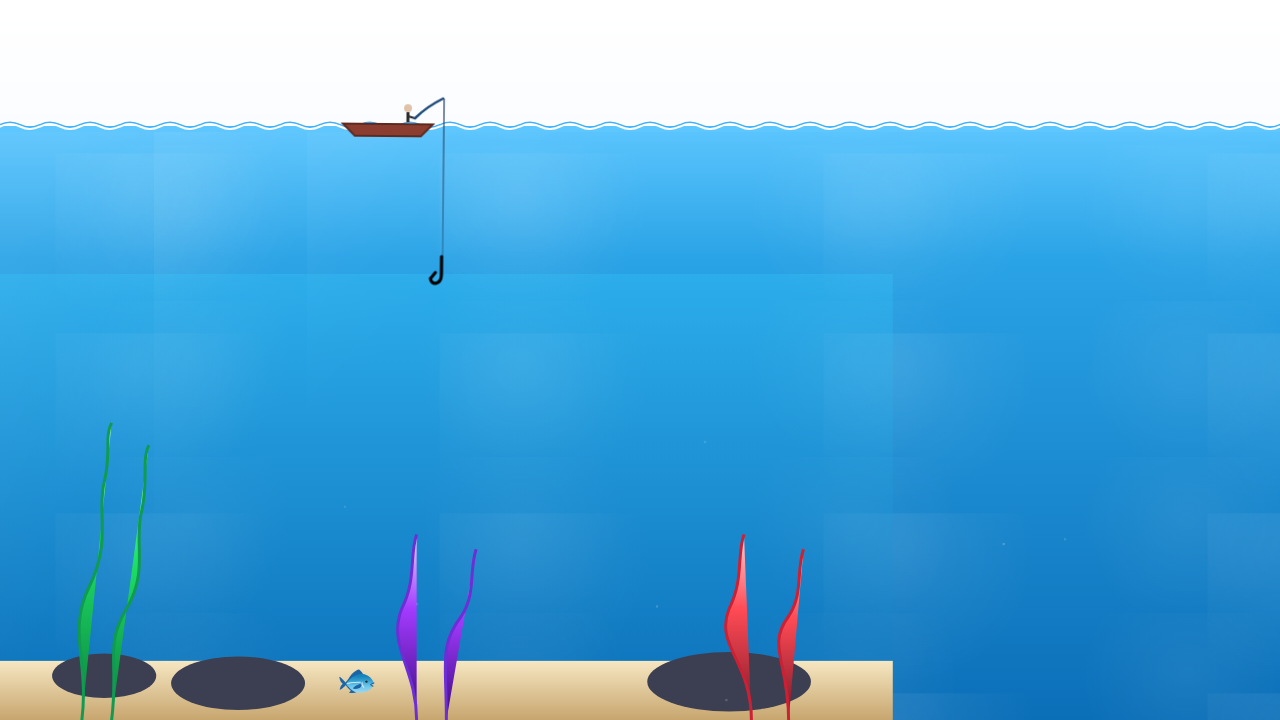
Repository: DeepFriedTurkey441/fd_game_project
Page: index.html
The author's editor kept a copy of each file at every save. The page is drawn from the files as they stood at one save, then again after the next save.
The browser window is 1280 px wide. The pictures show the whole page.

Above is the page before, as saved 2025-09-23 07:47:55.

### index.html
<!DOCTYPE html>
<html lang="en">
<head>
  <meta charset="UTF-8">
  <title>Fish Dodge</title>
  <link rel="stylesheet" href="style.css">
</head>
<body>
  <div id="game">
    <div id="air" aria-hidden="true"></div>
    <div id="waterline" aria-hidden="true"></div>
    <!-- Decorative background layers (non-interactive) -->
    <div id="light-rays" aria-hidden="true"></div>
    <div id="caustics" aria-hidden="true"></div>
    <!-- Realistic aquarium background (SVG) -->
    <svg id="aquarium-bg" viewBox="0 0 1200 600" preserveAspectRatio="none" aria-hidden="true">
      <defs>
        <linearGradient id="plantGrad1" x1="0" y1="1" x2="0" y2="0">
          <stop offset="0%" stop-color="#0b6fb8"/>
          <stop offset="100%" stop-color="#35d0ff"/>
        </linearGradient>
        <linearGradient id="leafGreen" x1="0" y1="1" x2="0" y2="0">
          <stop offset="0%" stop-color="#0a7f3b"/>
          <stop offset="60%" stop-color="#1fe36a"/>
          <stop offset="100%" stop-color="#b4ffca"/>
        </linearGradient>
        <linearGradient id="leafRed" x1="0" y1="1" x2="0" y2="0">
          <stop offset="0%" stop-color="#7a1626"/>
          <stop offset="60%" stop-color="#ff4b55"/>
          <stop offset="100%" stop-color="#ffd0d4"/>
        </linearGradient>
        <linearGradient id="leafPurple" x1="0" y1="1" x2="0" y2="0">
          <stop offset="0%" stop-color="#3b0a7f"/>
          <stop offset="60%" stop-color="#a33bff"/>
          <stop offset="100%" stop-color="#edd4ff"/>
        </linearGradient>
        <linearGradient id="sandGrad" x1="0" y1="0" x2="0" y2="1">
          <stop offset="0%" stop-color="#f6e7c2"/>
          <stop offset="100%" stop-color="#c7a56e"/>
        </linearGradient>
      </defs>
      <!-- subtle background vignette -->
      <rect x="0" y="0" width="1200" height="600" fill="url(#plantGrad1)" opacity="0.25"/>
      <!-- substrate -->
      <rect x="0" y="520" width="1200" height="80" fill="url(#sandGrad)"/>
      <!-- rocks -->
      <g fill="#3c3f52">
        <ellipse cx="140" cy="540" rx="70" ry="30"/>
        <ellipse cx="320" cy="550" rx="90" ry="36"/>
        <ellipse cx="980" cy="548" rx="110" ry="40"/>
      </g>
      <!-- tall plants left -->
      <g fill="url(#leafGreen)">
        <path d="M110 600 C120 520, 90 480, 120 420 C150 360,130 320,140 280 C150 240,140 220,150 200" stroke="#0f9b50" stroke-width="4"/>
        <path d="M150 600 C160 520, 140 500, 170 450 C200 400,180 360,190 320 C200 280,190 250,200 230" stroke="#0f9b50" stroke-width="4"/>
      </g>
      <!-- mid plants center -->
      <g fill="url(#leafPurple)">
        <path d="M560 600 C560 530, 520 500, 540 450 C560 410,550 380,560 350" stroke="#6e2ed6" stroke-width="4"/>
        <path d="M600 600 C600 520, 590 500, 620 460 C640 430,630 400,640 370" stroke="#6e2ed6" stroke-width="4"/>
      </g>
      <!-- red plants right -->
      <g fill="url(#leafRed)">
        <path d="M1010 600 C1010 520, 960 500, 980 450 C1000 410,990 380,1000 350" stroke="#cc2034" stroke-width="4"/>
        <path d="M1060 600 C1060 520, 1030 500, 1060 460 C1080 430,1070 400,1080 370" stroke="#cc2034" stroke-width="4"/>
      </g>
    </svg>
    <div class="boat" aria-label="small fishing boat" title="Fishing boat" style="left: 26vw;">
      <svg viewBox="0 0 120 60" xmlns="http://www.w3.org/2000/svg" aria-hidden="true">
        <!-- hull -->
        <path d="M10 40 L100 40 L88 52 L22 52 Z" fill="#8b3e2f" stroke="#5e291f" stroke-width="2"/>
        <!-- fisherman (simple) -->
        <circle cx="75" cy="24" r="4" fill="#e0c2a8"/>
        <path id="arm" d="M75 28 L75 38" stroke="#2b2b2b" stroke-width="3"/>
        <path id="rod" d="M75 32 L82 34" stroke="#2b2b2b" stroke-width="2"/>
        <!-- fishing rod (angled out over water) -->
        <path d="M82 34 Q 94 22 110 14" stroke="#1f4b7a" stroke-width="2.5" fill="none" stroke-linecap="round"/>
      </svg>
      <div class="line" aria-hidden="true"></div>
      <svg class="hook" aria-hidden="true" viewBox="0 0 24 36">
        <!-- J‑shaped hook: black stroke, no fill -->
        <path d="M16 2 V20 C16 30 6 32 5 24" fill="none" stroke="#000" stroke-width="3.2" stroke-linecap="round"/>
        <!-- Barb -->
        <path d="M6 23 L10 18" fill="none" stroke="#000" stroke-width="3" stroke-linecap="round"/>
      </svg>
    </div>
    <div id="fish" aria-label="fish"><span class="sprite" aria-hidden="true">🐟</span></div>
    <!-- Soft ambient bubbles -->
    <div id="bubbles" aria-hidden="true"></div>
  </div>
  <script src="script.js"></script>
</body>
</html>

### style.css
/* Basic starter styling */
body {
    margin: 0;
    font-family: sans-serif;
    background-color: #0a3454;
    color: #fff;
  }

#game {
    position: relative;
    width: 100vw;
    height: 100vh;
    overflow: hidden;
    background: linear-gradient(#f9fbff 0%, #eaf3ff 16.66%, #5ec7ff 16.66%, #2aa3e6 36%, #0b6fb8 100%);
  }

/* Air overlay (top 1/6) to ensure a whitish sky */
#air {
    position: absolute;
    left: 0; right: 0;
    top: 0;
    /* Extend slightly past the waterline so crests have white behind them */
    height: calc(100vh / 6 + 12px);
    background: linear-gradient(to bottom, rgba(255,255,255,0.98), rgba(255,255,255,0.75));
    z-index: 1;
    pointer-events: none;
  }

/* Waterline at 1/6 of the viewport height from the top */
#waterline {
    position: absolute;
    left: 0; right: 0;
    top: calc(100vh / 6);
    height: 12px;
    z-index: 2;
    pointer-events: none;
    /* Squiggly wave on top of a 2-color band: white above, light blue below */
    background:
      url("data:[embedded picture, 376 characters]") repeat-x center,
      linear-gradient(to bottom, rgba(255,255,255,0.98) 0%, rgba(255,255,255,0.98) 50%, rgba(94,199,255,1) 50%, rgba(94,199,255,1) 100%);
    background-size: 80px 12px, 100% 100%;
  }

/* Boat at surface */
  .boat {
    position: absolute;
    top: calc(100vh / 6 - 34px); /* float a bit higher above ripple */
    width: 120px; height: 60px;
    transform-origin: 50% 50%;
    animation: bob 3.2s ease-in-out infinite;
    z-index: 6; /* above reefs; fish swims under */
    pointer-events: none;
  }
  .boat svg { width: 100%; height: 100%; display: block; }
  /* (reverted) */

/* Realistic aquarium background container */
#aquarium-bg { position:absolute; left:0; right:0; bottom:0; height: 62vh; z-index:1; pointer-events:none; }

/* God-rays */
#light-rays { position: absolute; left:0; right:0; top: calc(100vh/6); bottom:0; pointer-events:none; z-index:1;
  background:
    linear-gradient(115deg, rgba(255,255,255,0.12) 10%, rgba(255,255,255,0.0) 35%) 0 0/40% 100% no-repeat,
    linear-gradient(125deg, rgba(255,255,255,0.10) 8%, rgba(255,255,255,0.0) 32%) 20% 0/40% 100% no-repeat,
    linear-gradient(135deg, rgba(255,255,255,0.08) 6%, rgba(255,255,255,0.0) 28%) 40% 0/40% 100% no-repeat;
  mix-blend-mode: screen;
  opacity: 0.5;
}

/* Caustic shimmer */
#caustics { position:absolute; left:0; right:0; top: calc(100vh/6); bottom:0; pointer-events:none; z-index:1;
  background: radial-gradient(circle at 20% 20%, rgba(255,255,255,0.08) 0%, rgba(255,255,255,0) 40%) 0 0/30% 30% repeat,
              radial-gradient(circle at 70% 40%, rgba(255,255,255,0.06) 0%, rgba(255,255,255,0) 42%) 0 0/26% 26% repeat;
  animation: causticDrift 18s linear infinite;
}
@keyframes causticDrift {
  0% { background-position: 0 0, 0 0; }
  100% { background-position: 200px 120px, -160px 90px; }
}

/* Seafloor gradient to deepen bottom */
#seafloor { position:absolute; left:0; right:0; bottom:0; height: 16vh; pointer-events:none; z-index:1;
  background: linear-gradient(to bottom, rgba(0,0,0,0) 0%, rgba(0,0,0,0.25) 100%);
}
  .boat .line {
    position: absolute;
    left: 110px; /* exact rod tip in SVG coords */
    top: 14px;
    width: 2px;
    height: calc(100vh - (100vh / 6)); /* down to bottom */
    background: linear-gradient(to bottom, rgba(30,60,100,0.6), rgba(30,60,100,0.3));
    transform-origin: top;
    z-index: 4; /* between reefs and fish */
  }
  .boat .hook {
    position: absolute;
    left: 100px; /* adjusted for SVG viewBox */
    top: 14px;
    width: 24px; height: 36px;
    z-index: 5;
    display: block;
  }
  .boat .hook path { vector-effect: non-scaling-stroke; }

@keyframes bob {
  0%   { transform: translateY(0) rotate(-0.6deg); }
  50%  { transform: translateY(-2px) rotate(0.6deg); }
  100% { transform: translateY(0) rotate(-0.6deg); }
}

#fish {
    position: absolute;
    left: 24px;
    top: 50vh;
    transform: translateY(-50%);
    font-size: 32px;
    line-height: 1;
    user-select: none;
    z-index: 5;
  }
/* Ambient bubbles */
#bubbles { position:absolute; left:0; right:0; top: calc(100vh/6); bottom:0; pointer-events:none; z-index:2; }
#bubbles::before, #bubbles::after { content:""; position:absolute; left:10%; bottom:6vh; width:2px; height:2px; background:transparent;
  box-shadow:  0 0 0 0 rgba(255,255,255,0.7),
               40vw 10vh 0 0 rgba(255,255,255,0.6),
               20vw 30vh 0 0 rgba(255,255,255,0.5),
               65vw 22vh 0 0 rgba(255,255,255,0.6),
               80vw 12vh 0 0 rgba(255,255,255,0.5),
               15vw 18vh 0 0 rgba(255,255,255,0.5);
  animation: bubbleUp 8s linear infinite;
}
#bubbles::after { left:35%; animation-duration: 12s; opacity:0.8; }
@keyframes bubbleUp {
  0% { transform: translateY(0) scale(1); opacity: 0.0; }
  10% { opacity: 0.6; }
  100% { transform: translateY(-70vh) scale(1.2); opacity: 0; }
}
  #fish .sprite { display: inline-block; font-size: 32px; width: 1em; height: 1em; }
  /* Emoji orientation mappings */
  /* Most platforms render 🐟 facing left by default (head on left). */
  #fish .face-left { transform: scaleX(1); }
  #fish .face-right { transform: scaleX(-1); }

### script.js
// Fish movement prototype: slow downward drift, space = up/forward, 3 speeds (←/→)
(function () {
  const fish = document.getElementById('fish');
  const sprite = fish ? fish.querySelector('.sprite') : null;
  const boat = document.querySelector('.boat');
  const lineEl = boat ? boat.querySelector('.line') : null;
  const hookEl = boat ? boat.querySelector('.hook') : null;
  // (reverted) no rod group rotation
  const armPath = boat ? boat.querySelector('#arm') : null;
  const rodPath = boat ? boat.querySelector('#rod') : null;
  if (!fish) return;

  // Ensure fish faces right
  // using CSS flip on child span; no need to set text here

  const BASE_SPEEDS = [1, 3, 6];
  let speedIndex = 0;
  let dir = 1; // 1 = left→right, -1 = right→left
  let speed = BASE_SPEEDS[speedIndex]; // signed pixels/frame after scaling

  let x = 24;
  let y = window.innerHeight * 0.5;
  let vy = 0;
  let spacePressed = false;
  let paused = false;
  function getFishHalfHeight() {
    try {
      const rect = (sprite || fish).getBoundingClientRect();
      return Math.max(8, (rect.height || 32) / 2);
    } catch (_) {
      return 16; // fallback for early frames
    }
  }

  // Tunables
  function scale() { return Math.max(0.8, Math.min(2.0, window.innerWidth / 1200)); }
  function gravity() { return 0.12 * scale(); } // slow drift downward
  function maxFall() { return 3.0 * scale(); }
  function maxRise() { return -4.0 * scale(); }

  function wrapX(nx) {
    const w = window.innerWidth;
    if (nx > w) return nx - w;
    if (nx < 0) return nx + w;
    return nx;
  }

  function updateSpeed() {
    speed = dir * (BASE_SPEEDS[speedIndex] * scale());
    // Update facing based on direction
    if (sprite) {
      if (dir === 1) {
        sprite.classList.remove('face-left');
        sprite.classList.add('face-right');
      } else {
        sprite.classList.remove('face-right');
        sprite.classList.add('face-left');
      }
    }
  }

  function loop() {
    if (paused) { requestAnimationFrame(loop); return; }
    // Horizontal progress
    x = wrapX(x + speed);

    // Vertical physics
    if (spacePressed) {
      vy = Math.max(maxRise(), vy - 0.45 * scale());
    } else {
      vy = Math.min(maxFall(), vy + gravity());
    }
    // Compute waterline as top at 1/6 viewport height
    const waterlineY = window.innerHeight / 6;
    // Keep the fish's center at least one pixel below the waterline + half its height
    const halfH = getFishHalfHeight();
    const topClamp = Math.max(0, waterlineY + halfH + 1);
    const bottomClamp = window.innerHeight - 40;
    y = Math.max(topClamp, Math.min(bottomClamp, y + vy));

    // Render
    fish.style.left = x + 'px';
    fish.style.top = y + 'px';

    // Simple jig animation for hook: hold near bottom, then hop upward irregularly
    animateHook();

    requestAnimationFrame(loop);
  }

  // --- Fishing line + hook motion ---
  let hookState = { phase: 'drop', targetY: 0, lastChange: 0 };
  // (reverted) no cast state
  const FEATURES = {
    casting: (new URL(location.href).searchParams.get('cast') === '1') ||
             (localStorage.getItem('fd_casting') === '1')
  };
  document.addEventListener('keydown', e => {
    if (e.key === 'C') {
      FEATURES.casting = !FEATURES.casting;
      localStorage.setItem('fd_casting', FEATURES.casting ? '1' : '0');
      location.reload();
    }
  });

  // Dynamic grouping for casting when flag is ON
  let rodGroup = null;
  if (boat && FEATURES.casting && armPath && rodPath) {
    try {
      const svg = boat.querySelector('svg');
      rodGroup = document.createElementNS('http://www.w3.org/2000/svg', 'g');
      rodGroup.setAttribute('id', 'rodGroup');
      rodGroup.appendChild(armPath);
      rodGroup.appendChild(rodPath);
      svg.insertBefore(rodGroup, svg.firstChild.nextSibling);
      rodGroup.style.transformOrigin = '75px 32px';
    } catch (_) { rodGroup = null; }
  }
  function animateHook() {
    if (!lineEl || !hookEl) return;
    const now = performance.now();
    const waterTop = window.innerHeight / 6;
    const bottom = window.innerHeight - 4;
    // Anchor positions at rod tip in page coords
    const boatRect = boat.getBoundingClientRect();
    const rodTip = { x: boatRect.left + 110, y: boatRect.top + 14 };
    // Hook SVG geometry (viewBox 0 0 24 36): eye at roughly (16, 2)
    const HOOK_EYE_X = 16; // px within SVG
    const HOOK_EYE_Y = 2;  // px within SVG
    if (hookState.phase === 'drop') {
      // Ensure line spans to bottom and hook sits near bottom
      lineEl.style.height = (bottom - rodTip.y) + 'px';
      // Position hook so its eye aligns with the line X and starts at bottom
      hookEl.style.left = (rodTip.x - boatRect.left - HOOK_EYE_X) + 'px';
      hookEl.style.top = (rodTip.y - boatRect.top + (bottom - rodTip.y) - (HOOK_EYE_Y + 2)) + 'px';
      hookState.phase = 'jig';
      hookState.lastChange = now;
      hookState.targetY = bottom - 30;
      // Trigger a one-time cast animation when flag is ON
      if (FEATURES.casting) startCast(now);
      return;
    }
    // Jigging: random small upward hops, then fall back
    const hookRect = hookEl.getBoundingClientRect();
    const hookY = hookRect.top + hookRect.height / 2;
    if (now - hookState.lastChange > 600 + Math.random() * 600) {
      hookState.targetY = Math.max(waterTop + 60, hookY - (30 + Math.random() * 60));
      hookState.lastChange = now;
    }
    // Move toward targetY smoothly
    const dy = (hookState.targetY - hookY) * 0.14;
    const newTop = hookY + dy;
    const maxTop = bottom - 12;
    const clampedTop = Math.min(maxTop, Math.max(waterTop + 40, newTop));
    // Position hook (absolute within boat) using page→boat coordinates
    const newHookTop = clampedTop - hookRect.height / 2;
    // Keep hook horizontally anchored so the eye stays on the line
    hookEl.style.left = (rodTip.x - boatRect.left - HOOK_EYE_X) + 'px';
    hookEl.style.top = (newHookTop - boatRect.top) + 'px';

    // Reel-in effect: simply shorten the line element height to the hook
    const hookEyePageY = (newHookTop + HOOK_EYE_Y); // page Y for hook eye
    const visibleHeight = Math.max(0, hookEyePageY - rodTip.y);
    lineEl.style.height = visibleHeight + 'px';

    if (FEATURES.casting) stepCast(now);
  }
  // --- Casting (guarded by feature flag) ---
  let hasCastOnce = false;
  let castPhase = 'idle';
  let castStartAt = 0;
  function getBoatSectionIndex() {
    const sections = 10;
    const boatRect = boat.getBoundingClientRect();
    const centerX = boatRect.left + boatRect.width / 2;
    const w = window.innerWidth;
    return Math.min(sections - 1, Math.max(0, Math.floor((centerX / w) * sections)));
  }
  function startCast(now) {
    if (hasCastOnce || !rodGroup) return;
    const section = getBoatSectionIndex();
    if (section >= 8) return;
    hasCastOnce = true;
    castPhase = 'windup';
    castStartAt = now;
  }
  function stepCast(now) {
    if (castPhase === 'idle' || !rodGroup) return;
    const t = now - castStartAt;
    if (castPhase === 'windup') {
      const dur = 380, k = Math.min(1, t / dur);
      const angle = -35 * (1 - Math.pow(1 - k, 3));
      rodGroup.style.transform = `rotate(${angle}deg)`;
      if (k >= 1) { castPhase = 'forward'; castStartAt = now; }
    } else if (castPhase === 'forward') {
      const dur = 240, k = Math.min(1, t / dur);
      const angle = (-35) + 50 * (1 - Math.pow(1 - k, 3));
      rodGroup.style.transform = `rotate(${angle}deg)`;
      const section = getBoatSectionIndex();
      const w = window.innerWidth, sectionW = w / 10;
      const targetX = Math.min((section + 2 + 0.5) * sectionW, w - 20);
      const boatRect = boat.getBoundingClientRect();
      const curr = hookEl.getBoundingClientRect();
      const nx = (curr.left + (targetX - curr.left) * (1 - Math.pow(1 - k, 3))) - boatRect.left - 16;
      hookEl.style.left = `${nx}px`;
      if (k >= 1) { castPhase = 'settle'; castStartAt = now; }
    } else if (castPhase === 'settle') {
      const dur = 280, k = Math.min(1, t / dur);
      const angle = 15 - 15 * (1 - Math.pow(1 - k, 3));
      rodGroup.style.transform = `rotate(${angle}deg)`;
      if (k >= 1) { castPhase = 'idle'; rodGroup.style.transform = 'rotate(0deg)'; }
    }
  }

  document.addEventListener('keydown', (e) => {
    switch (e.key) {
      case ' ': // surge
        if (!spacePressed) {
          spacePressed = true;
          vy = Math.max(maxRise(), vy - 2.2 * scale());
          fish.style.transform = 'translateY(-50%) scale(1.04) rotate(-3deg)';
        }
        break;
      case 'p':
        paused = !paused;
        break;
      case 'ArrowRight':
        if (dir === 1) {
          // Already moving right: speed up until max
          speedIndex = Math.min(BASE_SPEEDS.length - 1, speedIndex + 1);
        } else {
          // Moving left: step down speed; if already at slowest, flip to right slow
          if (speedIndex > 0) {
            speedIndex -= 1;
          } else {
            dir = 1; // flip direction
            speedIndex = 0; // start at slowest in new direction
          }
        }
        updateSpeed();
        break;
      case 'ArrowLeft':
        if (dir === -1) {
          // Already moving left: speed up until max
          speedIndex = Math.min(BASE_SPEEDS.length - 1, speedIndex + 1);
        } else {
          // Moving right: step down speed; if already at slowest, flip to left slow
          if (speedIndex > 0) {
            speedIndex -= 1;
          } else {
            dir = -1; // flip direction
            speedIndex = 0; // start at slowest in new direction
          }
        }
        updateSpeed();
        break;
    }
  });
  document.addEventListener('keyup', (e) => {
    if (e.key === ' ') {
      spacePressed = false;
      fish.style.transform = 'translateY(-50%)';
    }
  });

  window.addEventListener('resize', () => {
    x = Math.min(x, window.innerWidth - 40);
    // Re-apply clamp relative to new waterline and fish size
    const waterlineY = window.innerHeight / 6;
    const halfH = getFishHalfHeight();
    const topClamp = Math.max(0, waterlineY + halfH + 1);
    const bottomClamp = window.innerHeight - 40;
    y = Math.max(topClamp, Math.min(bottomClamp, y));
    updateSpeed();
    // Recompute line length on resize
    if (lineEl && boat) {
      const bottom = window.innerHeight - 4;
      const boatRect = boat.getBoundingClientRect();
      const rodTipY = boatRect.top + 14;
      lineEl.style.height = (bottom - rodTipY) + 'px';
    }
  });

  // Init
  updateSpeed();
  // Ensure initial facing matches starting direction (right)
  if (sprite) { sprite.classList.add('face-right'); }
  loop();
})();

After the next save:
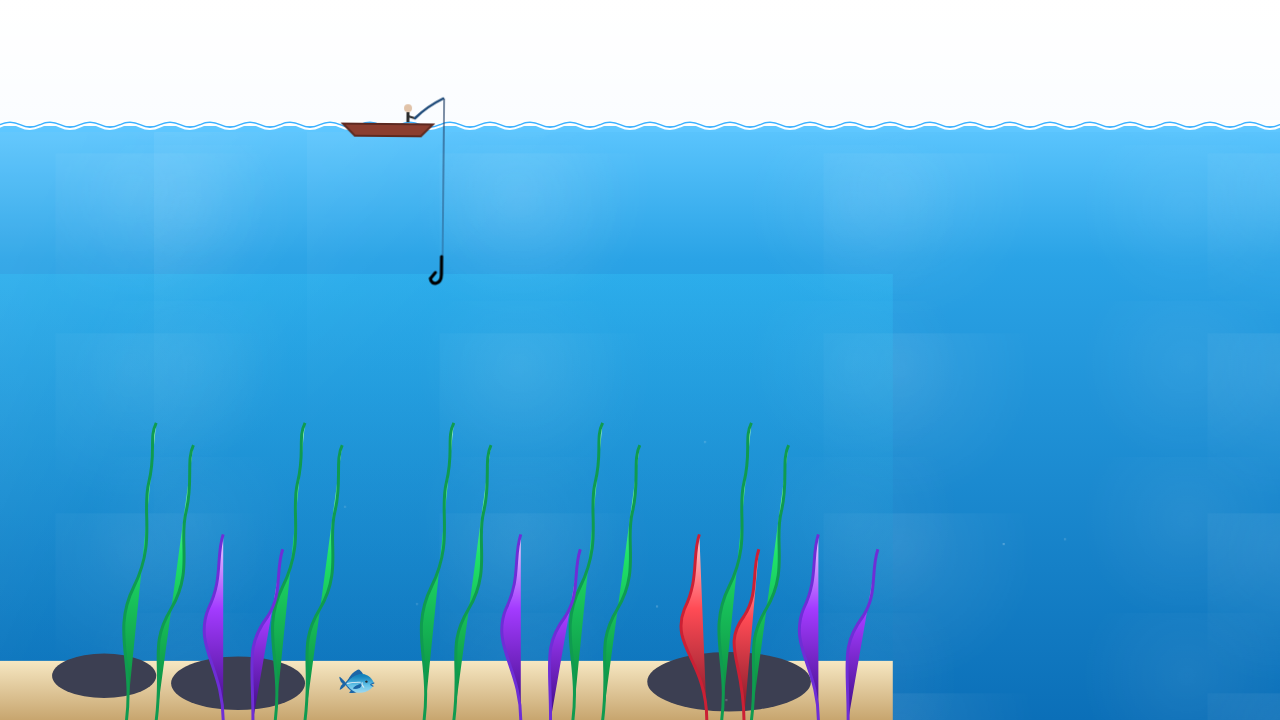
Saved 3 min 38 s later.
--- a/index.html
+++ b/index.html
@@ -49,20 +49,59 @@
         <ellipse cx="320" cy="550" rx="90" ry="36"/>
         <ellipse cx="980" cy="548" rx="110" ry="40"/>
       </g>
-      <!-- tall plants left -->
+      <!-- plant clusters repeated across width -->
+      <!-- cluster A (greens) at multiple x positions -->
       <g fill="url(#leafGreen)">
-        <path d="M110 600 C120 520, 90 480, 120 420 C150 360,130 320,140 280 C150 240,140 220,150 200" stroke="#0f9b50" stroke-width="4"/>
-        <path d="M150 600 C160 520, 140 500, 170 450 C200 400,180 360,190 320 C200 280,190 250,200 230" stroke="#0f9b50" stroke-width="4"/>
+        <g transform="translate(60,0)">
+          <path d="M110 600 C120 520, 90 480, 120 420 C150 360,130 320,140 280 C150 240,140 220,150 200" stroke="#0f9b50" stroke-width="4"/>
+          <path d="M150 600 C160 520, 140 500, 170 450 C200 400,180 360,190 320 C200 280,190 250,200 230" stroke="#0f9b50" stroke-width="4"/>
+        </g>
+        <g transform="translate(260,0)">
+          <path d="M110 600 C120 520, 90 480, 120 420 C150 360,130 320,140 280 C150 240,140 220,150 200" stroke="#0f9b50" stroke-width="4"/>
+          <path d="M150 600 C160 520, 140 500, 170 450 C200 400,180 360,190 320 C200 280,190 250,200 230" stroke="#0f9b50" stroke-width="4"/>
+        </g>
+        <g transform="translate(460,0)">
+          <path d="M110 600 C120 520, 90 480, 120 420 C150 360,130 320,140 280 C150 240,140 220,150 200" stroke="#0f9b50" stroke-width="4"/>
+          <path d="M150 600 C160 520, 140 500, 170 450 C200 400,180 360,190 320 C200 280,190 250,200 230" stroke="#0f9b50" stroke-width="4"/>
+        </g>
+        <g transform="translate(660,0)">
+          <path d="M110 600 C120 520, 90 480, 120 420 C150 360,130 320,140 280 C150 240,140 220,150 200" stroke="#0f9b50" stroke-width="4"/>
+          <path d="M150 600 C160 520, 140 500, 170 450 C200 400,180 360,190 320 C200 280,190 250,200 230" stroke="#0f9b50" stroke-width="4"/>
+        </g>
+        <g transform="translate(860,0)">
+          <path d="M110 600 C120 520, 90 480, 120 420 C150 360,130 320,140 280 C150 240,140 220,150 200" stroke="#0f9b50" stroke-width="4"/>
+          <path d="M150 600 C160 520, 140 500, 170 450 C200 400,180 360,190 320 C200 280,190 250,200 230" stroke="#0f9b50" stroke-width="4"/>
+        </g>
       </g>
-      <!-- mid plants center -->
+      <!-- cluster B (purples) across width -->
       <g fill="url(#leafPurple)">
-        <path d="M560 600 C560 530, 520 500, 540 450 C560 410,550 380,560 350" stroke="#6e2ed6" stroke-width="4"/>
-        <path d="M600 600 C600 520, 590 500, 620 460 C640 430,630 400,640 370" stroke="#6e2ed6" stroke-width="4"/>
+        <g transform="translate(140,0)">
+          <path d="M560 600 C560 530, 520 500, 540 450 C560 410,550 380,560 350" stroke="#6e2ed6" stroke-width="4"/>
+          <path d="M600 600 C600 520, 590 500, 620 460 C640 430,630 400,640 370" stroke="#6e2ed6" stroke-width="4"/>
+        </g>
+        <g transform="translate(-260,0)">
+          <path d="M560 600 C560 530, 520 500, 540 450 C560 410,550 380,560 350" stroke="#6e2ed6" stroke-width="4"/>
+          <path d="M600 600 C600 520, 590 500, 620 460 C640 430,630 400,640 370" stroke="#6e2ed6" stroke-width="4"/>
+        </g>
+        <g transform="translate(540,0)">
+          <path d="M560 600 C560 530, 520 500, 540 450 C560 410,550 380,560 350" stroke="#6e2ed6" stroke-width="4"/>
+          <path d="M600 600 C600 520, 590 500, 620 460 C640 430,630 400,640 370" stroke="#6e2ed6" stroke-width="4"/>
+        </g>
       </g>
-      <!-- red plants right -->
+      <!-- cluster C (reds) across width -->
       <g fill="url(#leafRed)">
-        <path d="M1010 600 C1010 520, 960 500, 980 450 C1000 410,990 380,1000 350" stroke="#cc2034" stroke-width="4"/>
-        <path d="M1060 600 C1060 520, 1030 500, 1060 460 C1080 430,1070 400,1080 370" stroke="#cc2034" stroke-width="4"/>
+        <g transform="translate(-60,0)">
+          <path d="M1010 600 C1010 520, 960 500, 980 450 C1000 410,990 380,1000 350" stroke="#cc2034" stroke-width="4"/>
+          <path d="M1060 600 C1060 520, 1030 500, 1060 460 C1080 430,1070 400,1080 370" stroke="#cc2034" stroke-width="4"/>
+        </g>
+        <g transform="translate(240,0)">
+          <path d="M1010 600 C1010 520, 960 500, 980 450 C1000 410,990 380,1000 350" stroke="#cc2034" stroke-width="4"/>
+          <path d="M1060 600 C1060 520, 1030 500, 1060 460 C1080 430,1070 400,1080 370" stroke="#cc2034" stroke-width="4"/>
+        </g>
+        <g transform="translate(540,0)">
+          <path d="M1010 600 C1010 520, 960 500, 980 450 C1000 410,990 380,1000 350" stroke="#cc2034" stroke-width="4"/>
+          <path d="M1060 600 C1060 520, 1030 500, 1060 460 C1080 430,1070 400,1080 370" stroke="#cc2034" stroke-width="4"/>
+        </g>
       </g>
     </svg>
     <div class="boat" aria-label="small fishing boat" title="Fishing boat" style="left: 26vw;">
